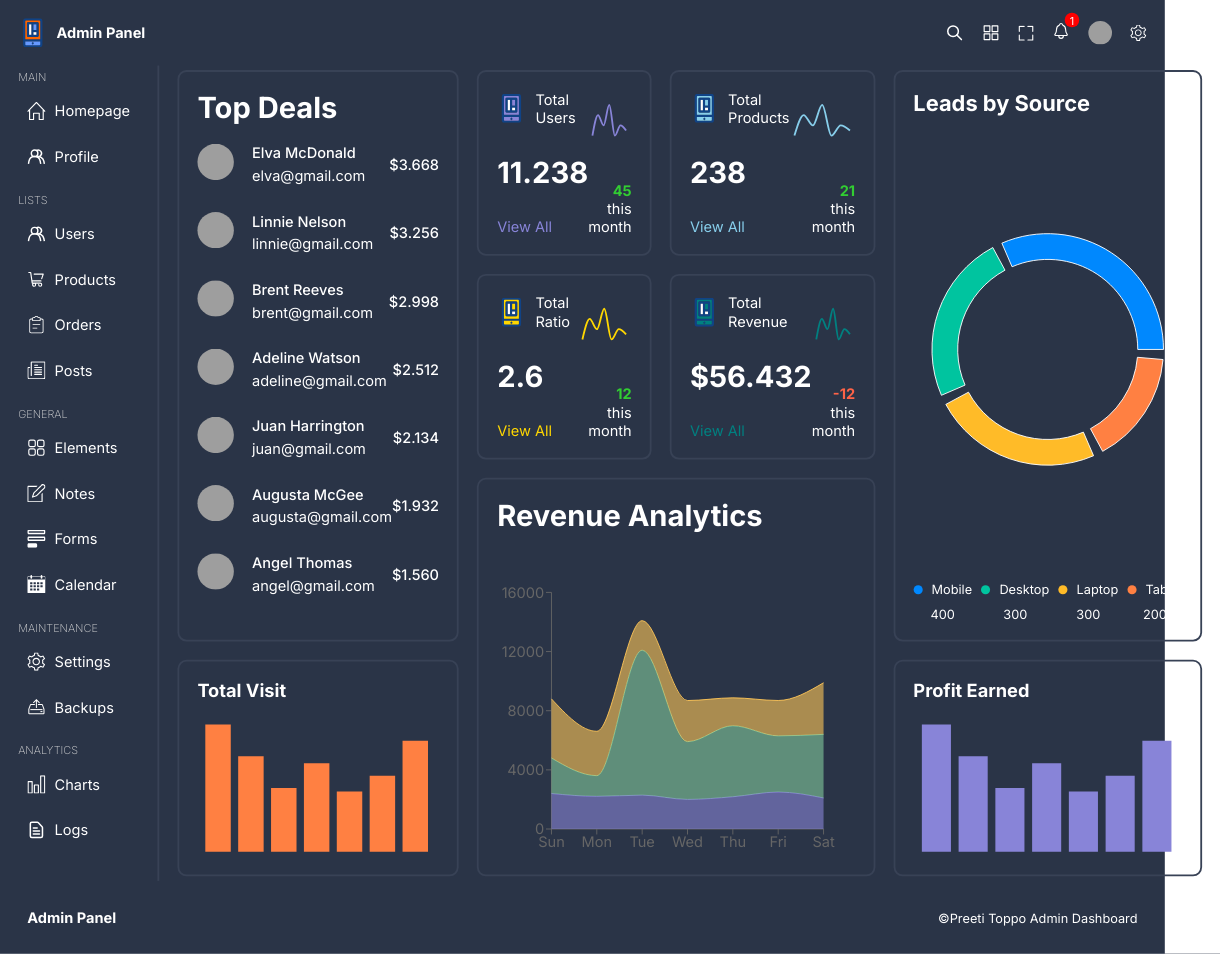
Repository: PreetiToppo/Dashboard
Page: / (app in Dashboard/)
An editor plug-in stored every save of this project. The page is shown before and after the next save, followed by the edit.
The browser window is 1280 px wide. The page is 1341 px wide, so the pictures cover 1341 px, including what lies to the right of the window. The pictures show the whole page, at 91% of full size.
Pictures or frames that could not be fetched are drawn as grey boxes. The project was rebuilt for these pictures with package versions that can differ from the ones it lists, and the page was loaded fresh each time. Also part of the build but not shown: Dashboard/vite.config.ts, Dashboard/src/components/dataTable/dataTable.scss, Dashboard/src/components/dataTable/DataTable.tsx, Dashboard/src/pages/users/users.scss, Dashboard/src/components/add/add.scss, Dashboard/src/components/add/Add.tsx, Dashboard/src/pages/users/Users.tsx, Dashboard/src/pages/products/products.scss and 8 more.

Above is the page before, as saved 2023-08-16 23:38:21.

### Dashboard/src/App.tsx
import Home from "./pages/home/Home"
import {
  createBrowserRouter,
  RouterProvider,
  Outlet,
} from "react-router-dom"
import Users from "./pages/users/Users"
import Products from "./pages/products/Products"
import {Navbar} from "./components/navbar/Navbar"
import { Footer } from "./components/footer/Footer"
import { Menu } from "./components/menu/Menu"
import Login from "./pages/login/Login"
import "./styles/global.scss"
import User from "./pages/user/User"
import Product from "./pages/product/Product"
import { QueryClientProvider, QueryClient } from "@tanstack/react-query"

const queryClient=new QueryClient();
function App() {

  const Layout = () => {
    return (
      <div className="main">
        <Navbar />
        <div className="container">
          <div className="menuContainer">
            <Menu/>
          </div>
          <div className="contentContainer">
            <QueryClientProvider client={queryClient}>
            <Outlet/>
            </QueryClientProvider>

          </div>
        </div>
        <Footer/>
      </div>
    )
  }

  const router = createBrowserRouter ( [
    {
      path: "/",
      element: <Layout/>,
      children:[
        {
          path: "/",
          element:<Home />,
        },
        {
          path:"/users",
          element :<Users/>
        },
        {
          path :"/products",
          element :  <Products/>
        },
        {
          path :"/users/:id",
          element :  <User/>
        },
        {
          path :"/products/:id",
          element :  <Product/>
        },
        ]
    },
    {
      path:"/login",
      element:<Login/>
    }
  ])

  return (
    <RouterProvider router = {router}/>
  )
}

export default App

### Dashboard/src/pages/home/Home.tsx
import BarChartBox from "../../components/barChartBox/BarChartBox"
import BigChartBox from "../../components/bigChartBox.tsx/BigChartBox"

import ChartBox from "../../components/chartBox/ChartBox"
import PieChartBox from "../../components/pieChartBox/PieChartBox"
import TopBox from "../../components/topBox/TopBox"
import { barChartBoxRevenue, barChartBoxVisit, chartBoxConversion, chartBoxProduct, chartBoxRevenue, chartBoxUser } from "../../data"
import "./home.scss"
function Home() {
  return (
    <div className="home">
      <div className="box box1">
        <TopBox/>
      </div>
      <div className="box box2"><ChartBox {...chartBoxUser}/></div>
      <div className="box box3"><ChartBox {...chartBoxProduct}/></div>
      <div className="box box4"><PieChartBox/></div>
      <div className="box box5"><ChartBox {...chartBoxConversion}/></div>
      <div className="box box6"><ChartBox {...chartBoxRevenue}/></div>
      <div className="box box7"><BigChartBox/></div>
      <div className="box box8"><BarChartBox {...barChartBoxVisit}/></div>
      <div className="box box9"><BarChartBox {...barChartBoxRevenue}/></div>
    </div>
  )
}

export default Home

### Dashboard/src/components/navbar/Navbar.tsx
import './navbar.scss'

export const Navbar = () => {
  return (
    <div className='navbar'>
      <div className="logo">
        <img src="logo.svg" alt="" />
        <span>Admin Panel</span>
      </div>
      <div className="icons">
        <img src="/search.svg" alt="" />
        <img src="/app.svg" alt="" />
        <img src="expand.svg" alt="" />
        <div className="notification">
          <img src="/notifications.svg" alt="" />
          <span>1</span>
        </div>
        <div className="user">
          <img src="https://images.unsplash.com/photo-1616325629936-99a9013c29c6?ixlib=rb-4.0.3&ixid=M3wxMjA3fDB8MHxwaG90by1wYWdlfHx8fGVufDB8fHx8fA%3D%3D&auto=format&fit=crop&w=387&q=80" alt="" />
        </div>
        <img src="settings.svg" alt="" />
      </div>
    </div>
  )
}

### Dashboard/src/components/footer/Footer.tsx
import './footer.scss'

export const Footer = () => {
  return (
    <div className='footer'>
      <span>Admin Panel</span>
      <span>©Preeti Toppo Admin Dashboard</span>
    </div>
  )
}

### Dashboard/src/components/menu/Menu.tsx
import { Link } from 'react-router-dom'
import './menu.scss'
import {menu} from "../../data"

export const Menu = () => {
  return (
    <div className='menu'>
      {
        menu.map((item) => (
          <div className="item" key = {item.id}>
          <span className="title">{item.title}</span>
          {
            item.listItems.map((listItem) => (
              <Link to={listItem.url} className='listItem' key={listItem.id}>
          <img src={listItem.icon} alt="" />
          <span className='listItemTitle'>{listItem.title}</span>
          </Link>
            ))
          }
        </div>
        ))
      }
    </div>
  )
}

### Dashboard/src/styles/global.scss
@import "./variables.scss";
@import "./responsive.scss";

* {
  margin: 0;
  padding: 0;
  box-sizing: border-box;
}

a {
  text-decoration: none;
  color: inherit;
}

.main {
  font-family: "Inter", sans-serif;
  background-color: $main-bg;
  color: $main-color;
}

.container{
  display: flex;
}

.menuContainer {
  width: 250px;
  padding: 5px 20px;
  border-right:2px solid $soft-bg;

  @include lg{
    width: max-content;
  }
}

.contentContainer {
  width: 100%;
  padding: 5px 20px;
}

### Dashboard/src/components/barChartBox/BarChartBox.tsx
import { Bar, BarChart, ResponsiveContainer, Tooltip } from "recharts"
import "./barChatBox.css"

type Props = {
    title: string;
    color: string;
    dataKey: string;
    chartData: object[];
}
function BarChartBox(props: Props) {
  return (
    <div className="barChartBox">
        <h1>{props.title}</h1>
        <div className="chart">
            <ResponsiveContainer width="99%" height={150}>
                <BarChart data={props.chartData}>
                    <Tooltip contentStyle={{background:"#2a3447", borderRadius:"5px"}}
                    labelStyle={{display:"none"}}
                    cursor={{fill:"none"}} />
                    <Bar dataKey={props.dataKey} fill={props.color} />
                </BarChart>
            </ResponsiveContainer>
        </div>
    </div>
  )
}

export default BarChartBox

### Dashboard/src/components/bigChartBox.tsx/BigChartBox.tsx
import {
    Area,
    AreaChart,
    ResponsiveContainer,
    Tooltip,
    XAxis,
    YAxis,
  } from "recharts";
  import "./bigChartBox.scss";

  const data = [
    {
      name: "Sun",
      books: 4000,
      clothes: 2400,
      electronic: 2400,
    },
    {
      name: "Mon",
      books: 3000,
      clothes: 1398,
      electronic: 2210,
    },
    {
      name: "Tue",
      books: 2000,
      clothes: 9800,
      electronic: 2290,
    },
    {
      name: "Wed",
      books: 2780,
      clothes: 3908,
      electronic: 2000,
    },
    {
      name: "Thu",
      books: 1890,
      clothes: 4800,
      electronic: 2181,
    },
    {
      name: "Fri",
      books: 2390,
      clothes: 3800,
      electronic: 2500,
    },
    {
      name: "Sat",
      books: 3490,
      clothes: 4300,
      electronic: 2100,
    },
  ];

  const BigChartBox = () => {
    return (
      <div className="bigChartBox">
        <h1>Revenue Analytics</h1>
        <div className="chart">
          <ResponsiveContainer width="99%" height="100%">
            <AreaChart
              data={data}
              margin={{
                top: 10,
                right: 30,
                left: 0,
                bottom: 0,
              }}
            >
              <XAxis dataKey="name" />
              <YAxis />
              <Tooltip />
              <Area
                type="monotone"
                dataKey="electronic"
                stackId="1"
                stroke="#8884d8"
                fill="#8884d8"
              />
              <Area
                type="monotone"
                dataKey="clothes"
                stackId="1"
                stroke="#82ca9d"
                fill="#82ca9d"
              />
              <Area
                type="monotone"
                dataKey="books"
                stackId="1"
                stroke="#ffc658"
                fill="#ffc658"
              />
            </AreaChart>
          </ResponsiveContainer>
        </div>
      </div>
    );
  };

  export default BigChartBox;

### Dashboard/src/components/chartBox/ChartBox.tsx
import { ResponsiveContainer } from 'recharts'
import { LineChart, Line,Tooltip } from 'recharts'
import { Link} from 'react-router-dom';
import './chartBox.scss'

type Props = {
    color:string;
    icon:string;
    title:string;
    dataKey:string;
    number:number | string;
    percentage:number;
    chartData:object[];
}

function ChartBox(props: Props) {

  return (
    <div className='chartBox'>
        <div className="boxInfo">
            <div className="title">
                <img src={props.icon} alt="" />
                <span>{props.title}</span>
            </div>
            <h1>{props.number}</h1>
            <Link to="/" style={{color:props.color}}>
            View All</Link>
        </div>
        <div className="chartInfo">
            <div className="chart">
                <ResponsiveContainer width="99%" height="100%">
                    <LineChart data={props.chartData}>
                        <Tooltip
                         contentStyle={{ background: "transparent", border: "none" }}
                         labelStyle={{ display: "none" }}
                         position={{ x: 10, y: 60 }}/>
                        <Line type="monotone" dataKey={props.dataKey}stroke={props.color} strokeWidth={2} dot={false}/>
                    </LineChart>
                </ResponsiveContainer>
            </div>
            <div className="texts">
                <span className="percentage" style={{color:props.percentage<0 ? "tomato" : "limegreen"}}>{props.percentage}</span>
                <span className="duration">this month</span>
            </div>
        </div>
    </div>
  )
}

export default ChartBox

### Dashboard/src/components/pieChartBox/PieChartBox.tsx
import { Cell, Pie, PieChart, ResponsiveContainer, Tooltip } from "recharts"
import "./pieChartBox.scss"

export default function PieChartBox() {

    const data = [
        { name: "Mobile", value: 400, color: "#0088FE"},
        { name: "Desktop", value: 300, color: "#00C49F"},
        { name: "Laptop", value: 300, color: "#FFBB28"},
        { name: "Tablet", value: 200, color: "#FF8042"},
    ]
  return (
    <div className="pieChartBox">
        <h1>Leads by Source</h1>
        <div className="chart">
            <ResponsiveContainer width="99%" height={300}>
            <PieChart>
            <Tooltip
              contentStyle={{ background: "white", borderRadius: "5px" }}
            />
            <Pie
              data={data}
              innerRadius={"70%"}
              outerRadius={"90%"}
              paddingAngle={5}
              dataKey="value"
            >
              {data.map((item) => (
                <Cell key={item.name} fill={item.color} />
              ))}
            </Pie>
          </PieChart>
            </ResponsiveContainer>
        </div>
        <div className="options">
            {data.map(item => (
                <div className="option" key={item.name}>
                    <div className="title">
                    <div className="dot" style={{backgroundColor: item.color}}></div>
                    <span>{item.name}</span>
                </div>
                <span>{item.value}</span>
                </div>

            ))}
        </div>
    </div>
  )
}

### Dashboard/src/components/topBox/TopBox.tsx
import './topBox.scss'
import {topDealUsers} from "../../data.ts"

function TopBox() {
  return (
    <div className='topBox'>
        <h1>Top Deals</h1>
        <div className="list">
            {topDealUsers.map((user) => (
                <div className="listItem" key={user.id}>
                    <div className="user">
                        <img src={user.img} alt="" />
                        <div className="userTexts">
                            <span className="username">{user.username}</span>
                            <span className="email">{user.email}</span>
                        </div>
                    </div>
                    <span className="amount">${user.amount}</span>
                </div>

               ))}
        </div>
    </div>
  )
}

export default TopBox

### Dashboard/src/pages/home/home.scss
@import '../../styles/variables.scss';
@import "../../styles/responsive.scss";
.home{

    display: grid;
    gap: 20px;
    grid-template-columns: 1fr 1fr 1fr 1fr;
    grid-auto-rows: minmax(180px,auto);
    grid-auto-flow: dense;

    @include xl {
        grid-template-columns: repeat(3, 1fr);
    }

    @include lg {
        grid-template-columns: repeat(2, 1fr);
    }

    @include md {
        grid-template-columns: repeat(1, 1fr);
    }

    @include sm {
        grid-auto-rows: minmax(120px,auto);
    }

    .box {
        padding: 20px;
        border-radius: 10px;
        border: 2px solid $soft-bg;
    }

    .box1{
        grid-column: span 1;
        grid-row: span 3;
    }

    .box4{
        grid-column: span 1;
        grid-row: span 3;
    }

    .box7{
        grid-column: span 2;
        grid-row: span 2;

        @include md {
           display: none;
        }
    }
}

### Dashboard/src/components/navbar/navbar.scss
@import "../../styles/responsive.scss";
.navbar {
    width: 100%;
    padding: 20px;
    display: flex;
    align-items: center;
    justify-content: space-between;

    .logo {
        display: flex;
        align-items: center;
        font-weight: bold;
        gap: 10px;
    }

    .icons{
        display:flex;
        align-items: center;
        gap: 20px;

        .icons{
            @include sm{
                display: none;
            }
        }

        .notification {
            position: relative;

            span{
                background: red;
                color: white;
                width: 16px;
                height: 16px;
                border-radius: 50%;
                position: absolute;
                top: -10px;
                right: -10px;
                display: flex;
                align-items: center;
                justify-content: center;
                font-size: 12px;
            }
        }

    .user {
        display: flex;
        align-items: center;
        gap: 10px;

        img{
            width: 26px;
            height: 26px;
            border-radius:50%;
            object-fit: cover;;
        }
    }
}
}

### Dashboard/src/components/footer/footer.scss
.footer{
    display: flex;
    align-items: center;
    justify-content: space-between;
    padding: 30px;

    span {

        &:first-child{
            font-weight: bold;
        }

        &:last-child{
            font-size: 14px;
        }
    }
}

### Dashboard/src/components/menu/menu.scss
@import "../../styles/variables.scss";
@import "../../styles/responsive.scss";
.menu {

    .item {
        display:flex;
        flex-direction: column;
        gap: 10px;
        margin-bottom: 20px;

        .title {
            font-size: 12px;
            font-weight: 200;
            color: $soft-color;
            text-transform: uppercase;

            @include lg{
                display: none;
            }
        }

        .listItem {
            display:flex;
            align-items: center;
            gap: 10px;
            padding: 10px;
            border-radius: 5px;

            &:hover{
                background: $soft-color;
                color: black;
            }

            .listItemTitle{
                @include lg{
                    display: none;
                }
            }
        }
    }
}

### Dashboard/src/styles/responsive.scss
$sm:480px;
$md:768px;
$lg:1024px;
$xl:1200px;
$xxl:1600px;

@mixin sm {
  @media (max-width: $sm) {
    @content;
  }
}

@mixin md {
  @media (max-width: $md) {
    @content;
  }
}

@mixin lg {
  @media (max-width: $lg) {
    @content;
  }
}

@mixin xl {
  @media (max-width: $xl) {
    @content;
  }
}

@mixin xxl {
  @media (max-width: $xxl) {
    @content;
  }
}

### Dashboard/src/components/barChartBox/barChatBox.css
.barChartBox {
  width: 100%;
  height: 100%;

  h1 {
    font-size: 20px;
    margin-bottom: 20px;
  }
}

### Dashboard/src/components/bigChartBox.tsx/bigChartBox.scss
// @import "../../styles/responsive.scss";

.bigChartBox{
  width: 100%;
  height: 100%;
  display: flex;
  flex-direction: column;
  justify-content: space-between;

  h1{
//     @include xxl{
//       font-size: 24px;
//     }
  }
  .chart{
    width: 100%;
    height: 300px;
  }
}

### Dashboard/src/components/chartBox/chartBox.scss
@import "../../styles/responsive.scss";
.chartBox{
    display: flex;
    height: 100%;

    @include sm{
       flex-direction: column;
    }

    .boxInfo{
        flex: 3;
        display: flex;
        flex-direction: column;
        justify-content: space-between;

        @include sm{
            gap: 20px;
        }

        .title{
            display: flex;
            align-items: center;
            gap: 10px;

            @include xxl{
                font-style: 14px;
            }
        }
        h1{
            @include xxl{
                font-style: 20px;
            }
        }
    }

    .chartInfo{
        flex: 2;
        display: flex;
        flex-direction: column;
        justify-content: space-between;

        .chart{
            width: 100%;
            height: 100%;
        }

        .texts{
            display: flex;
            flex-direction: column;
            text-align: right;
        }

        .percentage{
            font-weight: bold;
            font-style: 20px;

            @include xxl{
                font-style: 16px;
            }
        }

        .duration{
            font-style: 14px;
        }
    }
}

### Dashboard/src/components/pieChartBox/pieChartBox.scss
@import "../../styles/responsive.scss";
.pieChartBox {
  height: 100%;
  display: flex;
  flex-direction: column;
  justify-content: space-between;

  h1{
    @include xxl{
      font-size: 24px;
    }
  }
  .chart {
    display: flex;
    align-items: center;
    justify-content: center;
    width: 100%;
    height: 100%;
  }

  .options {
    display: flex;
    justify-content: space-between;
    gap: 10px;
    font-size: 14px;

    .option {
      display: flex;
      flex-direction: column;
      gap: 10px;
      align-items: center;

      .title {
        display: flex;
        gap: 10px;
        align-items: center;

        .dot {
          width: 10px;
          height: 10px;
          border-radius: 50%;
        }
      }
    }
  }
}

### Dashboard/src/components/topBox/topBox.scss
.topBox {

    h1{
        margin-bottom: 20px;
    }

    .list {

        .listItem{
            display: flex;
            justify-content: space-between;
            align-items: center;
            margin-bottom: 30px;

            .user{
                display: flex;
                gap: 20px;

                img{
                    width: 40px;
                    height: 40px;
                    border-radius: 50%;
                    object-fit: cover;
                }

                .userTexts{
                    display: flex;
                    flex-direction: column;
                    gap: 5px;

                    .username{
                        font-style: 14px;
                        font-weight: 500;
                    }

                    .email{
                        font-style: 12px;
                    }
                }
            }

            .amount {
                font-weight: 500;
            }
        }
    }
}

Loaded but not shown: Dashboard/index.html (common file); Dashboard/src/main.tsx (common file); Dashboard/src/data.ts (common file); Dashboard/src/styles/variables.scss (common file)

After the next save:
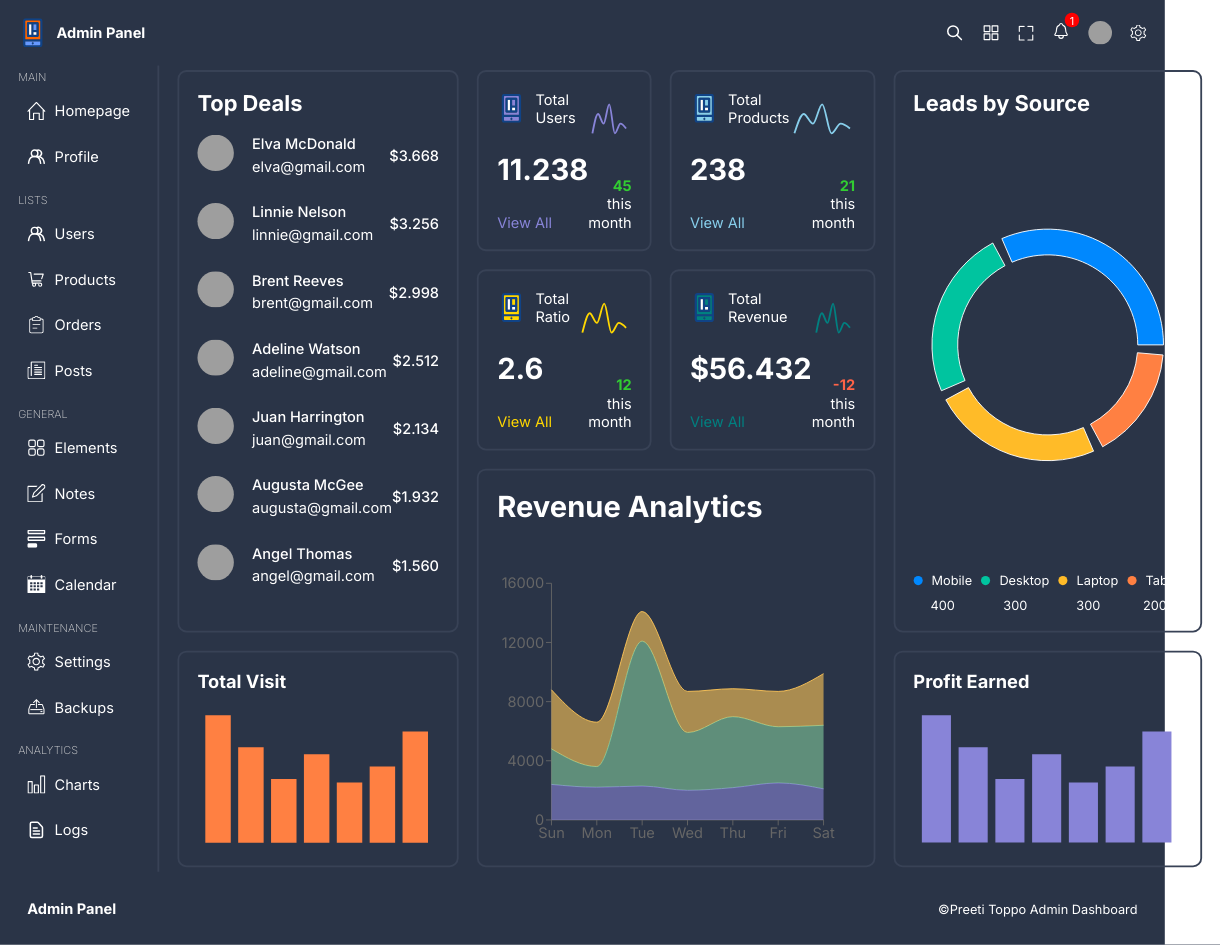
Saved 3 s later.
--- a/Dashboard/src/components/topBox/topBox.scss
+++ b/Dashboard/src/components/topBox/topBox.scss
@@ -1,7 +1,13 @@
+@import "../../styles/responsive.scss";
+
 .topBox {
 
     h1{
         margin-bottom: 20px;
+
+        @include xxl{
+            font-size: 24px;
+        }
     }
 
     .list {
